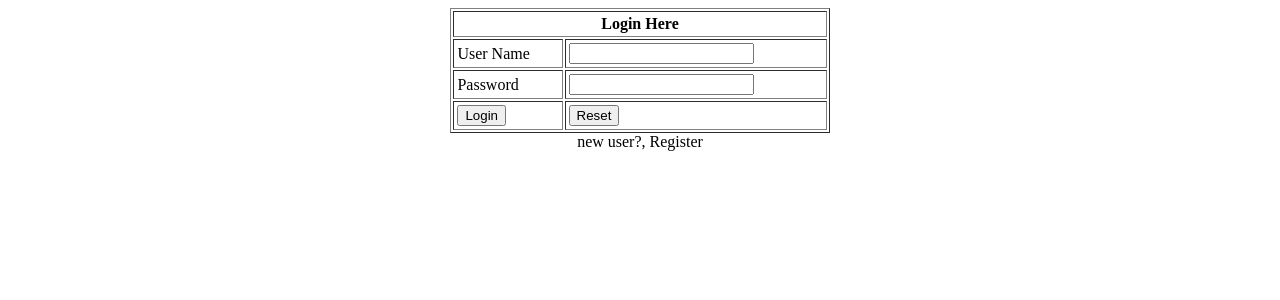
Repository: balu-sadanandan/demo-Shopping-cart-application
Page: http://localhost/shopping-cart/
These files come from the project's save history. The page is drawn as it stood at one moment and after the next save; the edit follows.
The browser window is 1280 px wide. The pictures show the whole page.
The page is served by Tomcat 9. Other server files are loaded and not shown.

Above is the page before, as saved 2017-09-15 12:43:10.

### shopping-cart/WebContent/login1.jsp
<%@page contentType="text/html" pageEncoding="UTF-8"%>
<!DOCTYPE html>
<html>
    <head>
        <meta http-equiv="Content-Type" content="text/html; charset=UTF-8">
        <title>Login</title>
    </head>
    <body>
        <form method="post" action="login">
            <center>
            <table border="1" width="30%" cellpadding="3">
                <thead>
                    <tr>
                        <th colspan="2">Login Here</th>
                    </tr>
                </thead>
                <tbody>
                    <tr>
                        <td>User Name</td>
                        <td><input type="text" name="uname" value="" /></td>
                    </tr>
                    <tr>
                        <td>Password</td>
                        <td><input type="password" name="pass" value="" /></td>
                    </tr>
                    <tr>
                        <td><input type="submit" value="Login" /></td>
                        <td><input type="reset" value="Reset" /></td>
                    </tr>

                </tbody>
            </table>
            <td colspan="2">new user?, Register</td>
            </center>
        </form>
    </body>
</html>

### shopping-cart/src/cart/Controller.java
package cart;


import java.io.IOException;

import javax.servlet.*;
import javax.servlet.annotation.WebServlet;
import javax.servlet.http.HttpServlet;
import javax.servlet.http.HttpServletRequest;
import javax.servlet.http.HttpServletResponse;
import javax.servlet.http.HttpSession;
import java.sql.*;
import java.util.*;
/**
 * Servlet implementation class Controller
 */
@WebServlet("//*")
public class Controller extends HttpServlet {
	private static final long serialVersionUID = 1L;
    protected Cartdao udao;
    protected Pdao pdao;
    /**
     * @see HttpServlet#HttpServlet()
     */
    public Controller() {
        super();
        // TODO Auto-generated constructor stub
    }
    public void init(ServletConfig config) throws ServletException {
		// TODO Auto-generated method stub
		 udao= new Cartdao("jdbc:mysql://localhost:3306/shopcart","root","1234");
		 pdao= new Pdao("jdbc:mysql://localhost:3306/shopcart","root","1234");

		 System.out.println("init");

	}
	/**
	 * @see HttpServlet#doGet(HttpServletRequest request, HttpServletResponse response)
	 */
	protected void doGet(HttpServletRequest request, HttpServletResponse response) throws ServletException, IOException {
		// TODO Auto-generated method stub
		response.getWriter().append("Served at: ").append(request.getContextPath());
		System.out.println("in servlet now");
		String action = request.getServletPath();
		System.out.println("printing action");
		System.out.println(action);
		HttpSession session=request.getSession();
		//session.setMaxInactiveInterval(120);
		if(session.isNew())
		{
			System.out.println("new");
			session.setAttribute("login", "invalid");
			RequestDispatcher dispatcher = request.getRequestDispatcher("login1.jsp");
	        dispatcher.forward(request, response);
	        return;
		}
		if(action.equals("/login")){
			validate(request,response);
		}

		if((session.getAttribute("login").equals("user")))
		{// the switch case should be here
			System.out.println("inside user page");
			try{
			switch(action){
			case "/logout":
            	session.invalidate();
            	session=request.getSession();
    	    	session.setAttribute("login", "invalid");
              	RequestDispatcher dispatcher = request.getRequestDispatcher("login1.jsp");
    	        dispatcher.forward(request, response);
            	break;
			default:listProducts(request, response);
			}

			}
			catch (Exception e) {
				// TODO: handle exception
				e.printStackTrace();
				System.out.println("somthing went wrong!--user");
			}
		}

		else if((session.getAttribute("login").equals("admin")))
		{// the switch case should be here
			System.out.println("inside admin page");
			try{
			switch(action){
			case "/logout":
            	session.invalidate();
            	session=request.getSession();
    	    	session.setAttribute("login", "invalid");
              	RequestDispatcher dispatcher = request.getRequestDispatcher("login1.jsp");
    	        dispatcher.forward(request, response);
            	break;
			case "/new":
				showNewForm(request, response);
				break;
			case "/edit":
				showEditForm(request, response);
				break;
			case "/insert":
				insertUser(request, response);
				break;
			case "/update":
				updateUser(request, response);
				break;
			case "/delete":
				deleteUser(request, response);
				break;



			default:
				listUsers(request, response);

			}
			}
			catch (Exception e) {
				// TODO: handle exception
				e.printStackTrace();
				System.out.println("somthing went wrong!");
			}



		}
		//if session is old and admin is not validated
		else {
    		System.out.println("nice try");
    		RequestDispatcher dispatch = request.getRequestDispatcher("login1.jsp");
	        dispatch.forward(request, response);
	        return;
    	}





	}

	/**
	 * @see HttpServlet#doPost(HttpServletRequest request, HttpServletResponse response)
	 */
	protected void doPost(HttpServletRequest request, HttpServletResponse response) throws ServletException, IOException {
		// TODO Auto-generated method stub
		doGet(request, response);
	}
	private void validate(HttpServletRequest request, HttpServletResponse response) throws IOException, ServletException
	{
		System.out.println(request.getParameter("uname"));
		String uname=request.getParameter("uname");
		String pwd=request.getParameter("pass");
		if((uname.equals("admin")))
		{
			HttpSession session= request.getSession();
			session.setAttribute("login", "admin");
			System.out.println("login is valid");
		}

		else {
			try{
				List<User> uList = udao.listAll();
				Iterator itr =uList.iterator();
				while(itr.hasNext())
				{
					User uit =(User) itr.next();
					System.out.println(uit.getName());
					if((uname.equals(uit.getName()))&&(pwd.equals(uit.getPwd())))
							{
								System.out.println("user validated");
								HttpSession session= request.getSession();
								session.setAttribute("login", "user");
							}
				}
				HttpSession session= request.getSession();
				if(!session.getAttribute("login").equals("user")){
					System.out.println("wrong data");
					RequestDispatcher dispatcher = request.getRequestDispatcher("login2.jsp");
			        dispatcher.forward(request, response);
				}

			}
			catch (Exception e) {
				// TODO: handle exception
				System.out.println("couldnt fetch userlist to validate login");
			}
//
//			System.out.println("wrong data");
//			RequestDispatcher dispatcher = request.getRequestDispatcher("login2.jsp");
//	        dispatcher.forward(request, response);
		}


	}
	private void listUsers(HttpServletRequest request, HttpServletResponse response) throws SQLException, ServletException, IOException{
		 List<User> uList = udao.listAll();
		 System.out.println("got sql data");
	        request.setAttribute("userlist",uList);
	        RequestDispatcher dispatcher = request.getRequestDispatcher("userlist.jsp");
	        dispatcher.forward(request, response);
	        return;


	}
	private void showEditForm(HttpServletRequest request, HttpServletResponse response)
            throws SQLException, ServletException, IOException {
        int id = Integer.parseInt(request.getParameter("id"));
        User u= udao.getUser(id);
        RequestDispatcher dispatcher = request.getRequestDispatcher("form.jsp");
        request.setAttribute("user", u);
        dispatcher.forward(request, response);
        return;

    }
	private void showNewForm(HttpServletRequest request, HttpServletResponse response)
            throws ServletException, IOException {
	 System.out.println("new form");
        RequestDispatcher dispatcher = request.getRequestDispatcher("/form.jsp");
        dispatcher.forward(request, response);
        return;
    }

	 private void insertUser(HttpServletRequest request, HttpServletResponse response)
	            throws SQLException, IOException, ServletException {

	        String name = request.getParameter("name");
	        String pwd = request.getParameter("pwd");
	        String mid = request.getParameter("mid");
	        User u= new User(name, pwd, mid);
	        udao.addUser(u);
	        response.sendRedirect("list");
	        return;
	    }

	 private void updateUser(HttpServletRequest request, HttpServletResponse response)
	            throws SQLException, IOException, ServletException {
	        int id = Integer.parseInt(request.getParameter("id"));
	        String name = request.getParameter("name");
	        String pwd = request.getParameter("pwd");
	        String mid = request.getParameter("mid");
	        User u =new User(id, name, pwd, mid);
	          if(  udao.updateUser(u))
	    	  System.out.println("update success");
	      else
	    	  System.out.println("some thing went wrong");
	        System.out.println("udating sql database");
	        response.sendRedirect("list");
	        return;
	    }
	 private void deleteUser(HttpServletRequest request, HttpServletResponse response)
	            throws SQLException, IOException {
	        int id = Integer.parseInt(request.getParameter("id"));
	        User u=new User(id);
	        udao.deleteUser(u);
	        response.sendRedirect("list");
	        return;
	 }
	 private void listProducts(HttpServletRequest request, HttpServletResponse response) throws SQLException, ServletException, IOException{
		 List<Prod> pList = pdao.listAll();
		 System.out.println("got sql data for products");
	        request.setAttribute("pList",pList);
	        RequestDispatcher dispatcher = request.getRequestDispatcher("prodcat.jsp");
	        dispatcher.forward(request, response);
	        return;


	}

}

After the next save:
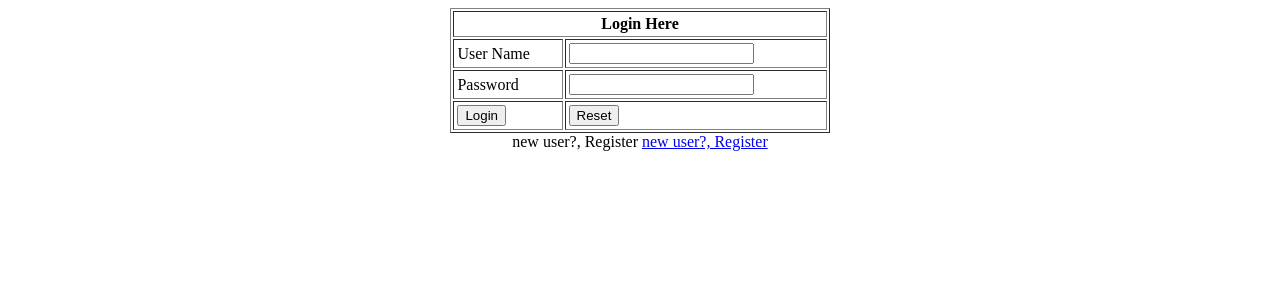
Saved 81 s later.
--- a/shopping-cart/WebContent/login1.jsp
+++ b/shopping-cart/WebContent/login1.jsp
@@ -31,6 +31,7 @@
                 </tbody>
             </table>
             <td colspan="2">new user?, Register</td>
+            <a href="register">new user?, Register</a>
             </center>
         </form>
     </body>
